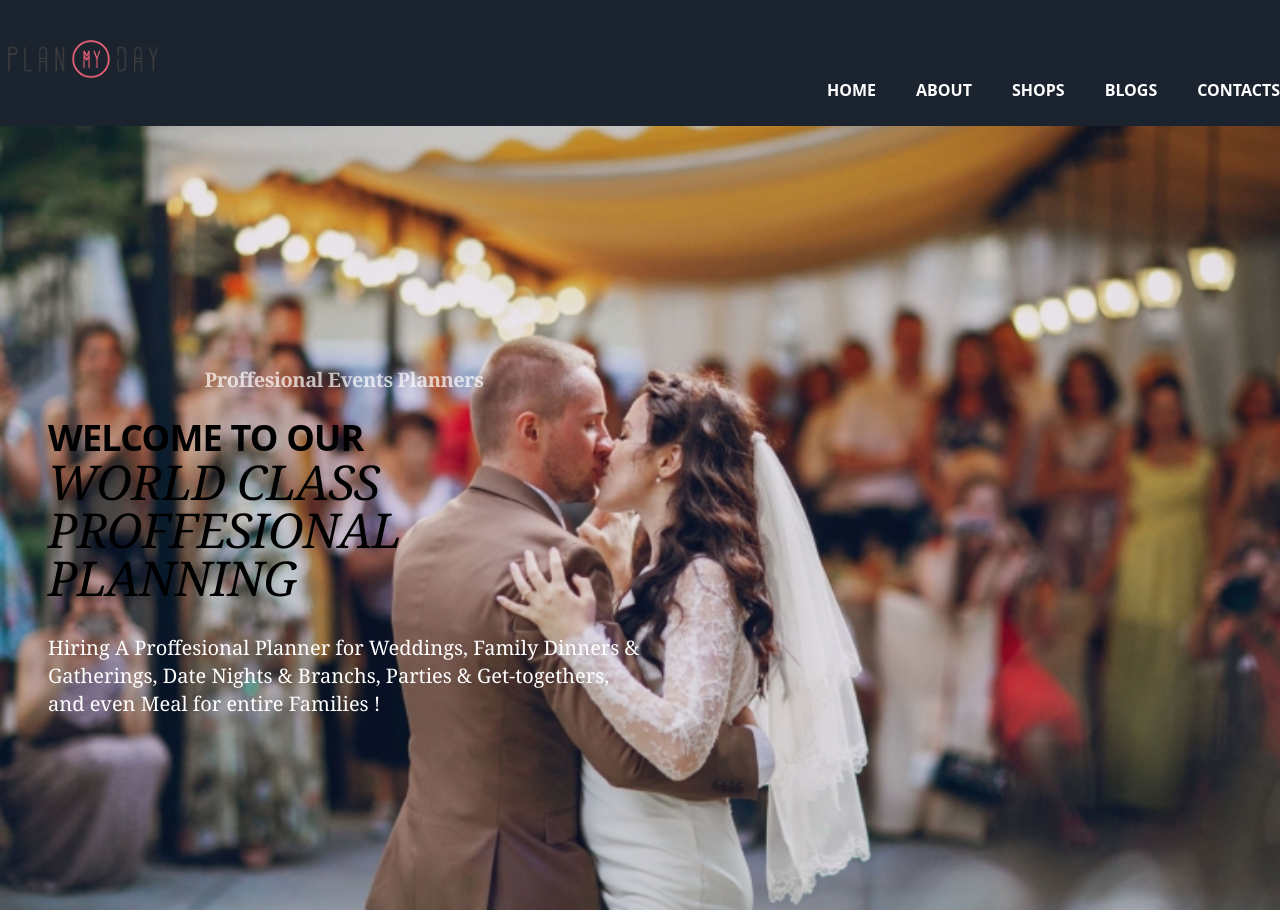
Repository: remydev47/eventsplanner
Page: /
These files come from the project's save history. The page is drawn as it stood at one moment and after the next save; the edit follows.
The browser window is 1280 px wide. The pictures show the whole page.
The project was rebuilt for these pictures with package versions that can differ from the ones it lists, and the page was loaded fresh each time. The framework's server and built-in components were replaced by stand-ins that run in the browser. Also part of the build but not shown: next.config.js, components/Header.jsx, components/Navbar.jsx, sections/Gallery.jsx, sections/Testimonial.jsx, sections/Plan.jsx, sections/Products.jsx, sections/Projects.jsx.

Above is the page before, as saved 2023-01-21 09:42:00.

After the next save:
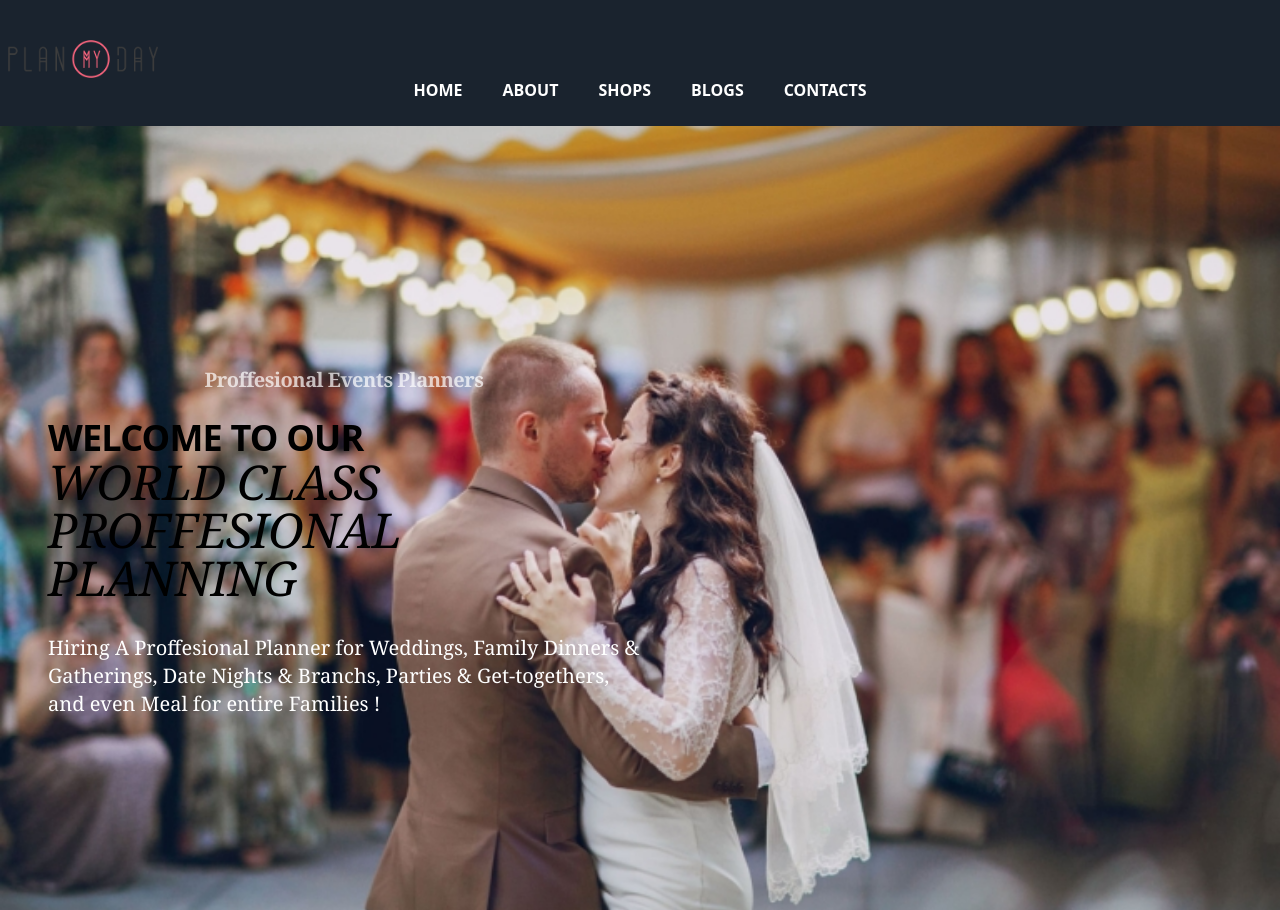
Saved 102 s later.
--- a/components/Navigation.jsx
+++ b/components/Navigation.jsx
@@ -36,7 +36,7 @@
 export default Navigation;
 const styles = {
     container:`w-full py-6 justify-between items-center navbar`,
-    navWrapper:`list-none sm:flex hidden justify-end items-center flex-1`,
+    navWrapper:`list-none sm:flex hidden justify-center items-center flex-1`,
     navWrapper2:`list-none flex flex-col justify-end items-center flex-1`,
     mobile:`sm:hidden flex flex-1 justify-end items-center`,
     mobileItem:`h-[28px] w-[28px] object-contain`,
